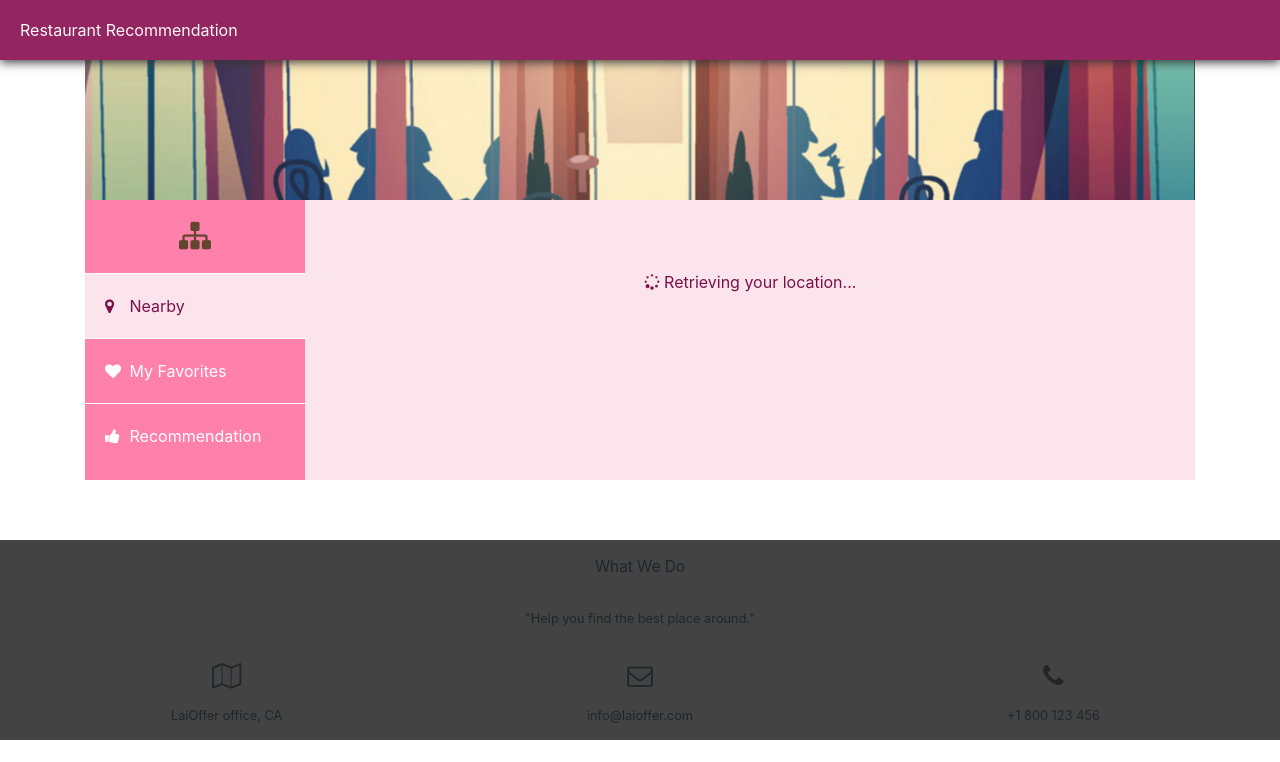
Repository: bchenSyr/restaurant-recommend
Page: http://localhost/YelpRecommend/
An editor plug-in stored every save of this project. The page is shown before and after the next save, followed by the edit.
The browser window is 1280 px wide. The pictures show the whole page.
Some web libraries are served in a nearby version. The page is served by Tomcat 9.

Above is the page before, as saved 2018-09-17 06:47:54.

After the next save:
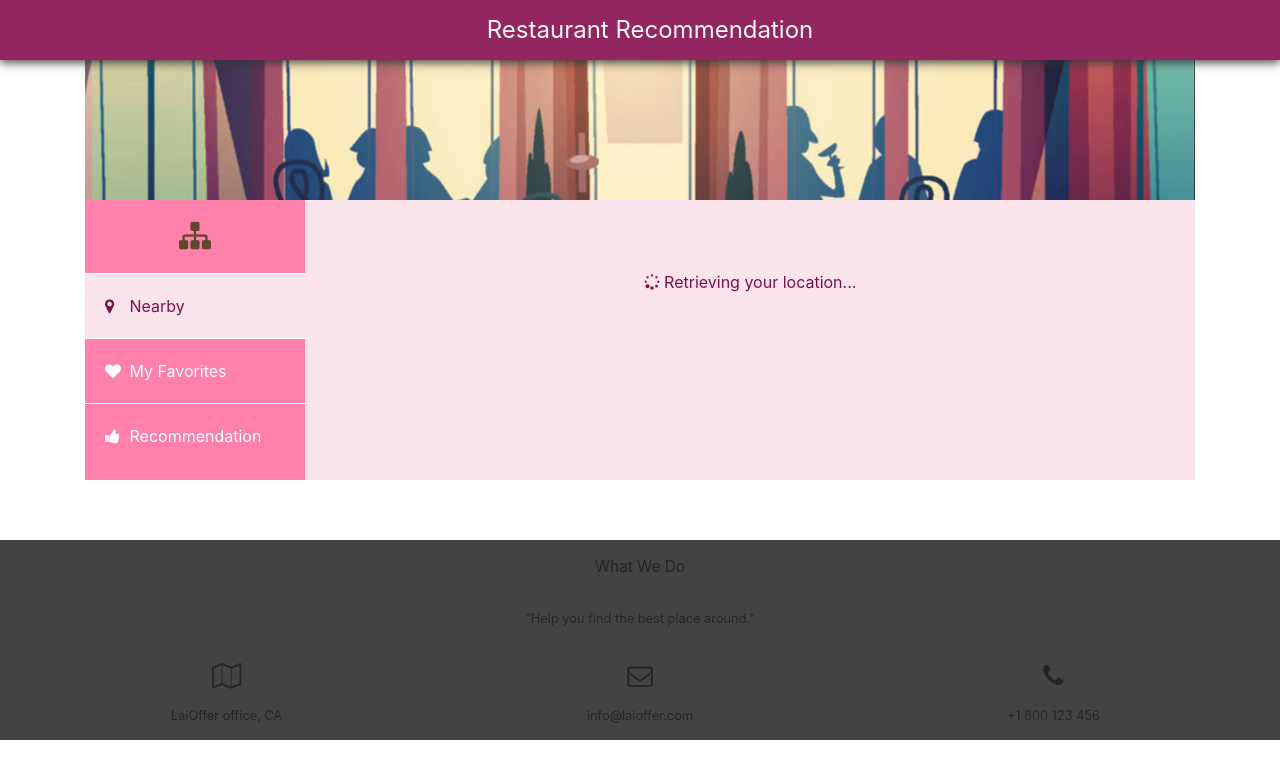
Saved 2 min 13 s later.
--- a/YelpRecommend/WebContent/styles/main.css
+++ b/YelpRecommend/WebContent/styles/main.css
@@ -48,6 +48,8 @@ ul {
  */
 .top-nav {
 	flex: 1;
+	text-align: center;
+    font-size: 1.5em;
 }
 
  .top-nav a {
